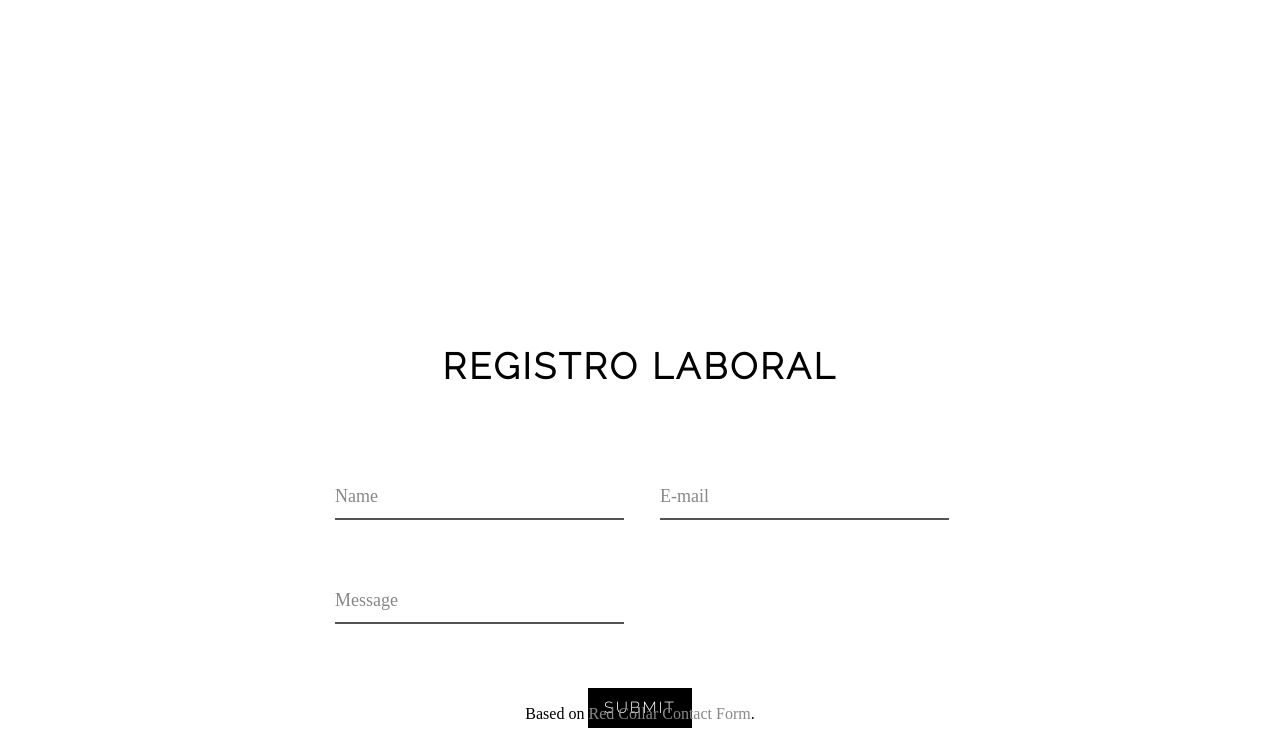
Repository: Alejandr0Aceved0/AWS_SERVICES_AND_INSTANCES
Page: register.html
These files come from the project's save history. The page is drawn as it stood at one moment and after the next save; the edit follows.
The browser window is 1280 px wide. The pictures show the whole page.
Some web fonts or font styles are not loaded; a fallback is used.

Above is the page before, as saved 2024-10-17 16:19:16.

### register.html
<!DOCTYPE html>
<html>

<head>
    <meta charset='utf-8'>
    <meta http-equiv='X-UA-Compatible' content='IE=edge'>
    <title>Register Page</title>
    <meta name='viewport' content='width=device-width, initial-scale=1'>
    <link rel='stylesheet' type='text/css' media='screen' href='styles/appRegister.css'>
    <script src='appRegister.js'></script>
</head>

<body>

    <section class="get-in-touch">
        <h1 class="title">Registro Laboral</h1>
        <form class="contact-form row">
           <div class="form-field col x-50">
              <input id="name" class="input-text js-input" type="text" required>
              <label class="label" for="name">Name</label>
           </div>
           <div class="form-field col x-50">
              <input id="email" class="input-text js-input" type="email" required>
              <label class="label" for="email">E-mail</label>
           </div>
           <div class="form-field col x-50">
              <input id="message" class="input-text js-input" type="text" required>
              <label class="label" for="message">Message</label>
           </div>
           <div class="form-field col x-100 align-center">
              <input class="submit-btn" type="submit" value="Submit">
           </div>
        </form>
     </section>
     <p class="note">Based on <a class="link" href="http://redcollar.digital/contacts/" target="blank">Red Collar Contact Form</a>.</p>


    <!-- <div class="form-field col x-50">
        <input id="name" class="input-text js-input" type="text" required>
        <label class="label" for="name">Name</label>
     </div>

    <p>
    <h1>Registro de usuario</h1>

    <input type="text" placeholder="Id usuario" class="form-input-text__FormInput-sc-xxedi2-0 form-input-text___StyledFormInput-sc-xxedi2-1 dzARff ldZduL">
    <br>

    <input type="text" placeholder="Nombre" class="form-input-text__FormInput-sc-xxedi2-0 form-input-text___StyledFormInput-sc-xxedi2-1 dzARff ldZduL">
    <br>

    <input type="text" placeholder="Apellido" class="form-input-text__FormInput-sc-xxedi2-0 form-input-text___StyledFormInput-sc-xxedi2-1 dzARff ldZduL">
    <br>

    <input type="text" placeholder="Area laboral" class="form-input-text__FormInput-sc-xxedi2-0 form-input-text___StyledFormInput-sc-xxedi2-1 dzARff ldZduL">
    <br>
    <br>

    <input type="text" placeholder="Click Me!" class="form-input-text__FormInput-sc-xxedi2-0 form-input-text___StyledFormInput-sc-xxedi2-1 dzARff ldZduL">
    <br>

    <button class="button-30" role="button">Registrar</button> -->
</body>

</html>

### styles/appRegister.css
@import url(https://fonts.googleapis.com/css?family=Raleway:300);
@import url(https://fonts.googleapis.com/css?family=Lusitana:400,700);

@mixin clearfix {
    &:after {
        content: "";
        display: table;
        clear: both;
    }
}

.align-center {
    text-align: center;
}


html {
    height: 100%;
}

body {
    height: 100%;
    position: relative;
}

.row {
    @include clearfix;
    margin: -20px 0;

    .col {
        padding: 0 20px;
        float: left;
        box-sizing: border-box;

        &.x-50 {
            width: 50%;
        }

        &.x-100 {
            width: 100%;
        }
    }
}

.content-wrapper {
    min-height: 100%;
    position: relative;
}

.get-in-touch {
    max-width: 650px;
    margin: 0 auto;
    position: relative;
    top: 50%;
    transform: translateY(-50%);

    .title {
        text-align: center;
        font-family: Raleway, sans-serif;
        text-transform: uppercase;
        letter-spacing: 3px;
        font-size: 36px;
        line-height: 48px;
        padding-bottom: 48px;
    }
}

.contact-form {
    .form-field {
        position: relative;
        margin: 32px 0;
    }

    .input-text {
        display: block;
        width: 100%;
        height: 36px;
        border-width: 0 0 2px 0;
        border-color: #000;
        font-family: Lusitana, serif;
        font-size: 18px;
        line-height: 26px;
        font-weight: 400;

        &:focus {
            outline: none;
        }

        &:focus,
        &.not-empty {
            +.label {
                transform: translateY(-24px);
            }
        }
    }

    .label {
        position: absolute;
        left: 20px;
        bottom: 11px;
        font-family: Lusitana, serif;
        font-size: 18px;
        line-height: 26px;
        font-weight: 400;
        color: #888;
        cursor: text;
        transition: transform .2s ease-in-out;
    }

    .submit-btn {
        display: inline-block;
        background-color: #000;
        color: #fff;
        font-family: Raleway, sans-serif;
        text-transform: uppercase;
        letter-spacing: 2px;
        font-size: 16px;
        line-height: 24px;
        padding: 8px 16px;
        border: none;
        cursor: pointer;
    }
}

.note {
    position: absolute;
    left: 0;
    bottom: 10px;
    width: 100%;
    text-align: center;
    font-family: Lusitana, serif;
    font-size: 16px;
    line-height: 21px;

    .link {
        color: #888;
        text-decoration: none;

        &:hover {
            text-decoration: underline;
        }
    }
}


.button-30 {
    align-items: center;
    appearance: none;
    background-color: #FCFCFD;
    border-radius: 4px;
    border-width: 0;
    box-shadow: rgba(45, 35, 66, 0.4) 0 2px 4px, rgba(45, 35, 66, 0.3) 0 7px 13px -3px, #D6D6E7 0 -3px 0 inset;
    box-sizing: border-box;
    color: #36395A;
    cursor: pointer;
    display: inline-flex;
    font-family: "JetBrains Mono", monospace;
    height: 48px;
    justify-content: center;
    line-height: 1;
    list-style: none;
    overflow: hidden;
    padding-left: 16px;
    padding-right: 16px;
    position: relative;
    text-align: left;
    text-decoration: none;
    transition: box-shadow .15s, transform .15s;
    user-select: none;
    -webkit-user-select: none;
    touch-action: manipulation;
    white-space: nowrap;
    will-change: box-shadow, transform;
    font-size: 18px;
}

.button-30:focus {
    box-shadow: #D6D6E7 0 0 0 1.5px inset, rgba(45, 35, 66, 0.4) 0 2px 4px, rgba(45, 35, 66, 0.3) 0 7px 13px -3px, #D6D6E7 0 -3px 0 inset;
}

.button-30:hover {
    box-shadow: rgba(45, 35, 66, 0.4) 0 4px 8px, rgba(45, 35, 66, 0.3) 0 7px 13px -3px, #D6D6E7 0 -3px 0 inset;
    transform: translateY(-2px);
}

.button-30:active {
    box-shadow: #D6D6E7 0 3px 7px inset;
    transform: translateY(2px);
}

Loaded but not shown: appRegister.js (no copy from this time; the picture is the same without it)

After the next save:
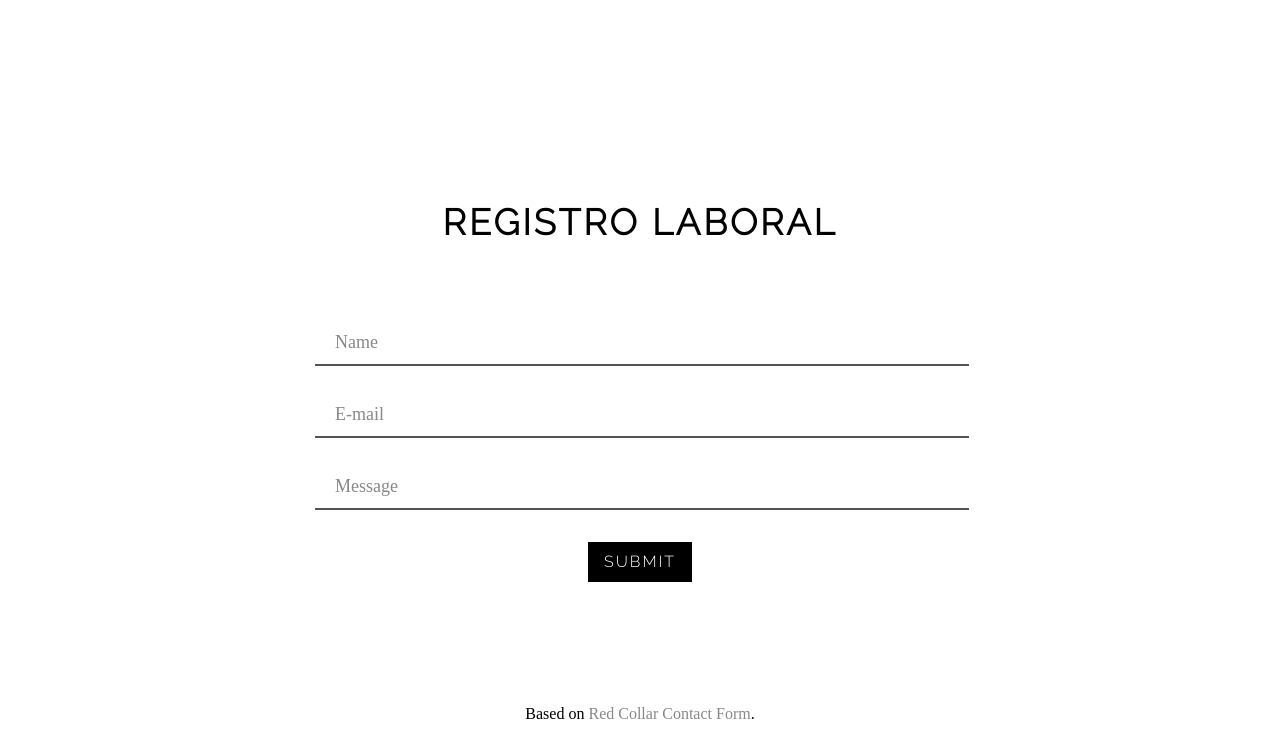
Saved 76 s later.
--- a/register.html
+++ b/register.html
@@ -14,7 +14,7 @@
 
     <section class="get-in-touch">
         <h1 class="title">Registro Laboral</h1>
-        <form class="contact-form row">
+        <form class="contact-form">
            <div class="form-field col x-50">
               <input id="name" class="input-text js-input" type="text" required>
               <label class="label" for="name">Name</label>
@@ -23,7 +23,7 @@
               <input id="email" class="input-text js-input" type="email" required>
               <label class="label" for="email">E-mail</label>
            </div>
-           <div class="form-field col x-50">
+           <div class="form-field col x-100">
               <input id="message" class="input-text js-input" type="text" required>
               <label class="label" for="message">Message</label>
            </div>
